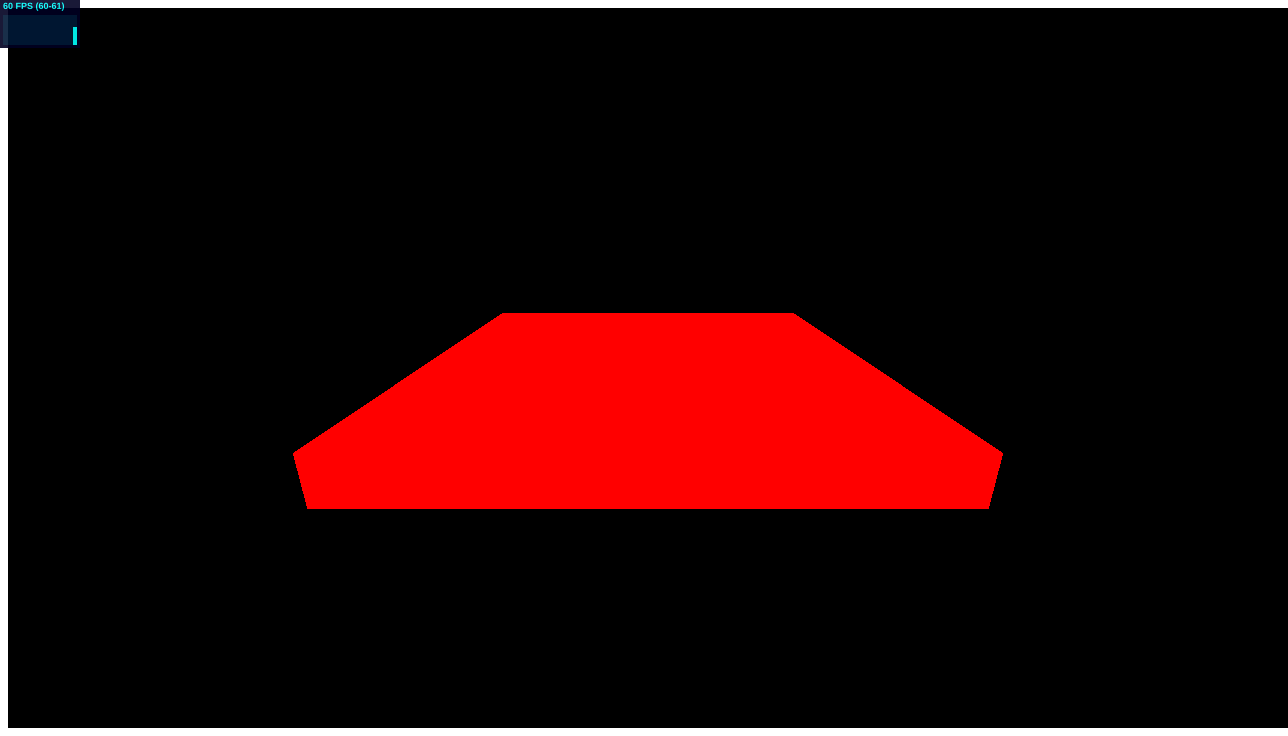
Repository: jocarsa/ThreeJSVJ
Page: index25.html
The author's editor kept a record of every edit. The page is drawn from the files as they stood at one moment, then again after the next edit.
The browser window is 1280 px wide. The page is 1288 px wide, so the pictures cover 1288 px, including what lies to the right of the window. The pictures show the whole page.

Above is the page before.

### index25.html
<html>
    <head>
        <script src="lib/three.min.js"></script>
         <script src="lib/CanvasRenderer.js"></script>
        <script src="lib/Projector.js"></script>
        <script src="lib/stats.min.js"></script>

         <script src="lib/OBJLoader.js"></script>
    </head>
    <body>
        <script>

             var container;
			var camera;
			var scene;
			var renderer;

			init()
			animate()



			function init(){
			    container = document.createElement( 'div' );
				document.body.appendChild( container );
				camera = new THREE.PerspectiveCamera( 75, window.innerWidth / window.innerHeight, 1, 3000 );
				camera.position.z = 60;
				camera.position.y = 20;
				camera.rotation.x = 0-Math.PI/10
				scene = new THREE.Scene();

			    stats = new Stats();

			   var caja = new THREE.BoxGeometry(5,5,5);
			    var material = new THREE.MeshPhongMaterial({color:0xff0000})
			    micubo = new THREE.Mesh(caja,material);
			    scene.add(micubo)

			    var caja = new THREE.BoxGeometry(55,5,55);
			    var material = new THREE.MeshPhongMaterial({color:0xff0000})
			    micubo = new THREE.Mesh(caja,material);
			    scene.add(micubo)


                   luz = new THREE.PointLight( 0xffffff, 2, 1000 );
                luz.position.set( 100, 100, 100 );
                scene.add( luz );

                 ambiente = new THREE.AmbientLight( 0xffffff, 0.5 );

                scene.add( ambiente );

				container.appendChild( stats.dom );
			    renderer = new THREE.WebGLRenderer();
				renderer.setPixelRatio( window.devicePixelRatio );
				renderer.setSize( window.innerWidth, window.innerHeight );
				container.appendChild( renderer.domElement );
				}


			function animate() {

			    // Para cada uno de los rayos, compruebo si hay colision

				requestAnimationFrame( animate );
				render();
				stats.update();
			}
			function render() {


				renderer.render( scene, camera );
			}
        </script>
    </body>
</html>

Loaded but not shown: lib/three.min.js (library); lib/CanvasRenderer.js (library); lib/Projector.js (library); lib/stats.min.js (common file); lib/OBJLoader.js (library)

After the next edit:
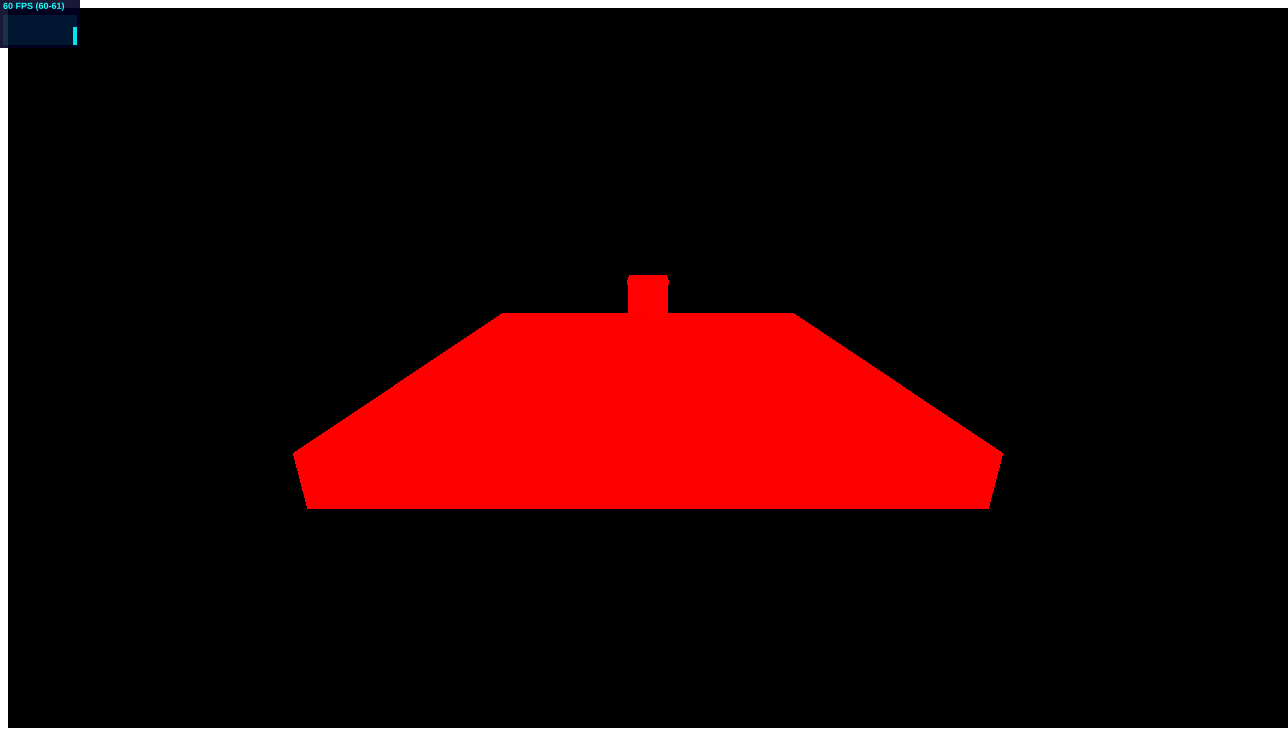
The edit:
--- a/index25.html
+++ b/index25.html
@@ -34,6 +34,7 @@
 			   var caja = new THREE.BoxGeometry(5,5,5);
 			    var material = new THREE.MeshPhongMaterial({color:0xff0000})
 			    micubo = new THREE.Mesh(caja,material);
+			    micubo.position.y = 10;
 			    scene.add(micubo)
 
 			    var caja = new THREE.BoxGeometry(55,5,55);
